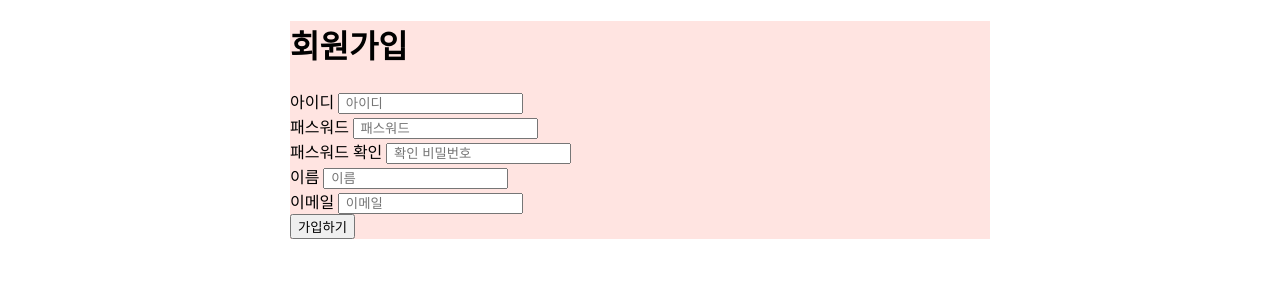
Repository: kayoyo/jsp
Page: http://localhost/BoardWeb_4/join
An editor plug-in stored every save of this project. The page is shown before and after the next save, followed by the edit.
The browser window is 1280 px wide. The pictures show the whole page.
The page is served by Tomcat 9.

Above is the page before, as saved 2020-08-28 07:33:54.

After the next save:
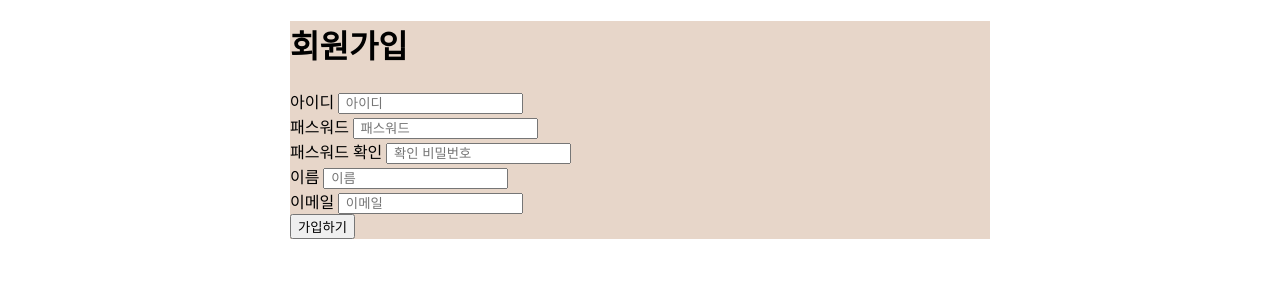
Saved 25 s later.
--- a/BoardWeb_4/WebContent/WEB-INF/jsp/user/join.jsp
+++ b/BoardWeb_4/WebContent/WEB-INF/jsp/user/join.jsp
@@ -6,7 +6,7 @@
 <meta charset="UTF-8">
 <title>회원가입</title>
 <style>
-	#container {width:700px; margin: 0 auto; background-color: #FFE4E1; }
+	#container {width:700px; margin: 0 auto; background-color: #e7d6c9; }
 	#container > h1
 	.err {color: red;}
 
